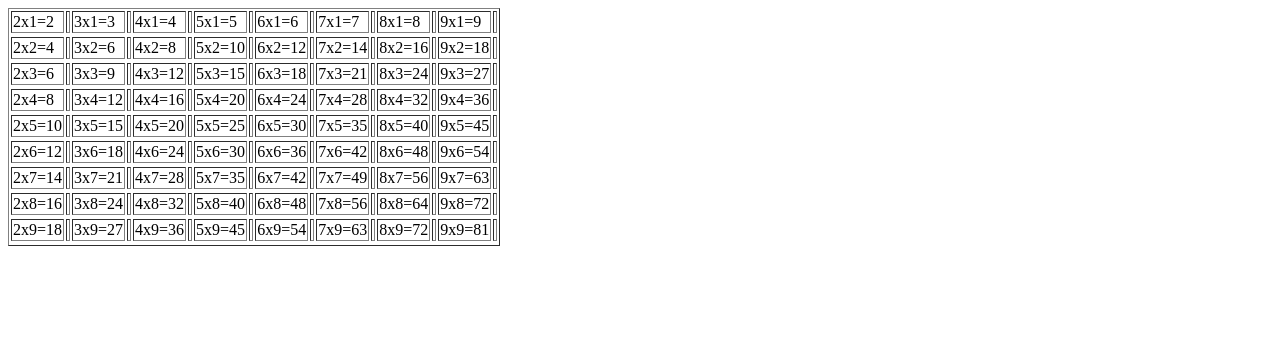
Repository: tldnwkd/jspclass2026
Page: http://localhost/chapter01/test02.jsp
The author's editor kept a copy of each file at every save. The page is drawn from the files as they stood at one save, then again after the next save.
The browser window is 1280 px wide. The pictures show the whole page.
The page is served by Tomcat 9.

Above is the page before, as saved 2026-10-16 04:22:07.

After the next save:
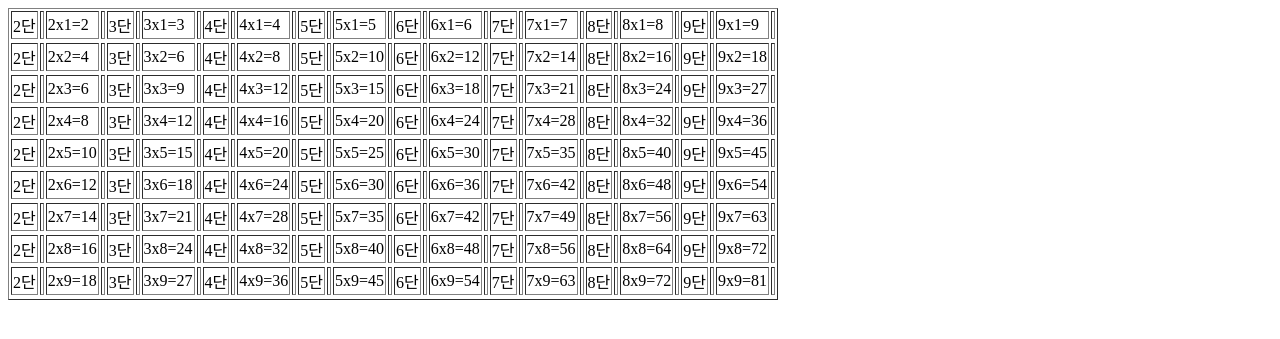
Saved 15 s later.
--- a/chapter01/src/main/webapp/test02.jsp
+++ b/chapter01/src/main/webapp/test02.jsp
@@ -13,6 +13,7 @@
 <%for(int i=1; i<10; i++) {%>
 	<tr>
 	<%for(int j=2; j<10; j++){%>
+	<td><%=j%>단<td/>
 	<td><%=j%>x<%=i%>=<%=j*i%><td/>
 	<%}%>
 	<tr/>
